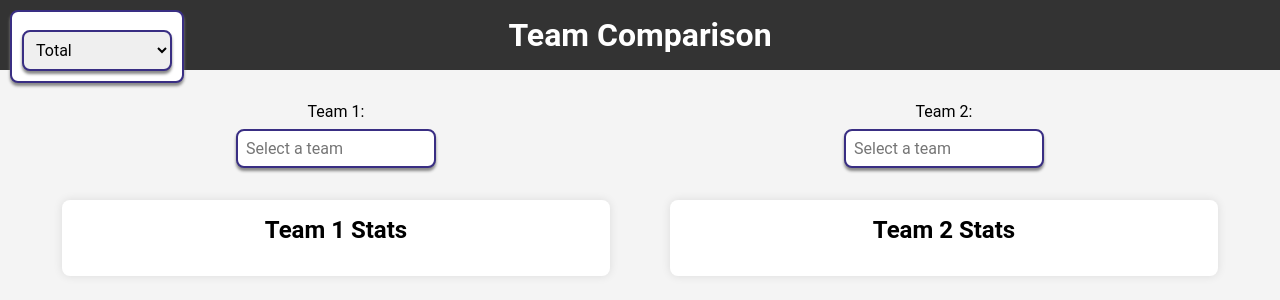
Repository: Enzo-py/dataviz-project-m1
Page: team_comparison.html
These files come from the project's save history. The page is drawn as it stood at one moment and after the next save; the edit follows.
The browser window is 1280 px wide. The pictures show the whole page.
Some web fonts or font styles are not loaded; a fallback is used.

Above is the page before, as saved 2024-12-15 17:38:58.

### team_comparison.html
<!DOCTYPE html>
<html lang="en">
<head>
    <meta charset="UTF-8">
    <meta name="viewport" content="width=device-width, initial-scale=1.0">
    <title>Team Comparison</title>
    <script type="text/javascript" src="js/d3.v7.min.js"></script>
    <script type="text/javascript" src="js/team_comparison.js"></script>

    <link rel="stylesheet" href="css/global.css">
    <link rel="stylesheet" href="css/team_comparison.css">

    <link rel="preload" href="https://fonts.googleapis.com/css2?family=Material+Symbols+Outlined:opsz,wght,FILL,GRAD@20..48,100..700,0..1,-50..200&" as="style" onload="this.onload=null;this.rel='stylesheet'">
</head>
<body>
    <!-- Place the season selector at the top left corner -->
    <div class="season">
        <label for="season"></label>
        <select id="season">
            <option value="total">Total</option>
            <option value="2021-2022">2021-2022</option>
            <option value="2022-2023">2022-2023</option>
            <option value="2023-2024">2023-2024</option>
        </select>
    </div>

    <header>
        <h1>Team Comparison</h1>
    </header>
    <main>
        <!-- Move the team-selection above the team stats -->
        <div class="team-selection">
            <div class="team">
                <label for="team1">Team 1:</label>
                <input type="text" id="team1" list="teams" placeholder="Select a team">
            </div>
            <div class="team">
                <label for="team2">Team 2:</label>
                <input type="text" id="team2" list="teams" placeholder="Select a team">
            </div>
            <datalist id="teams">
                <!-- Options will be populated dynamically -->
            </datalist>
        </div>

        <section class="comparison-results">
            <div class="team-stats" id="team1-stats">
                <h2>Team 1 Stats</h2>
                <!-- Stats will be populated dynamically -->
            </div>
            <div class="team-stats" id="team2-stats">
                <h2>Team 2 Stats</h2>
                <!-- Stats will be populated dynamically -->
            </div>
        </section>
    </main>
</body>
</html>

### js/team_comparison.js
document.addEventListener("DOMContentLoaded", function() {
    const teams = ["Team A", "Team B", "Team C", "Team D"]; // Example teams, replace with actual data

    const datalist = document.getElementById("teams");
    teams.forEach(team => {
        const option = document.createElement("option");
        option.value = team;
        datalist.appendChild(option);
    });

    document.getElementById("team1").addEventListener("change", updateStats);
    document.getElementById("team2").addEventListener("change", updateStats);
    document.getElementById("season").addEventListener("change", updateStats);

    function updateStats() {
        const team1 = document.getElementById("team1").value;
        const team2 = document.getElementById("team2").value;
        const season = document.getElementById("season").value;

        if (team1) {
            document.getElementById("team1-stats").innerHTML = `<h2>${team1} Stats (${season})</h2><p>Stats for ${team1} in ${season} will be displayed here.</p>`;
        }

        if (team2) {
            document.getElementById("team2-stats").innerHTML = `<h2>${team2} Stats (${season})</h2><p>Stats for ${team2} in ${season} will be displayed here.</p>`;
        }

        if (team1 && team2) {
            compareTeams(team1, team2, season);
        }
    }

    function compareTeams(team1, team2, season) {
        // Fetch and compare stats for team1 and team2
        const team1Stats = getTeamStats(team1, season);
        const team2Stats = getTeamStats(team2, season);

        const comparisonMetrics = [
            "wins", "losses", "draws", "goals_scored", "goals_conceded", "clean_sheets", "average_possession"
        ];

        let comparisonHtml = "<table><thead><tr><th>Metric</th><th>Team 1</th><th>Team 2</th></tr></thead><tbody>";

        comparisonMetrics.forEach(metric => {
            const team1Value = team1Stats[metric] || 0;
            const team2Value = team2Stats[metric] || 0;
            const highlightClass = team1Value > team2Value ? "highlight-team1" : team2Value > team1Value ? "highlight-team2" : "";

            comparisonHtml += `<tr class="${highlightClass}"><td>${metric}</td><td>${team1Value}</td><td>${team2Value}</td></tr>`;
        });

        comparisonHtml += "</tbody></table>";

        document.getElementById("team1-stats").innerHTML += comparisonHtml;
        document.getElementById("team2-stats").innerHTML += comparisonHtml;
    }

    function getTeamStats(team, season) {
        // Fetch team stats based on the team name and season
        // This is a placeholder function, replace with actual data fetching logic
        return {
            wins: Math.floor(Math.random() * 30),
            losses: Math.floor(Math.random() * 30),
            draws: Math.floor(Math.random() * 30),
            goals_scored: Math.floor(Math.random() * 100),
            goals_conceded: Math.floor(Math.random() * 100),
            clean_sheets: Math.floor(Math.random() * 20),
            average_possession: Math.floor(Math.random() * 100)
        };
    }
});

### css/global.css
:root {
    --secondary-color: #392e83;
    --background-color: #fff;
    --shadow-color: #878787;
    --sea-background: linear-gradient(90deg, rgb(36 55 101) 10%, #30679f 100%);
    --earth-color: #fff;

    --danger-color: #af2c35;
    --success-color: #2c9f2c;
    --toggle-background: #f0f0f0;
    --toggle-border: #ccc;
    --toggle-active: #fdfdfd;
}

body, body * {
    margin: 0;
    padding: 0;
    box-sizing: border-box;
    font-family: 'Roboto', sans-serif;
}

### css/team_comparison.css
body {
    font-family: Arial, sans-serif;
    margin: 0;
    padding: 0;
    background-color: #f4f4f4;
}

header {
    background-color: #333;
    color: #fff;
    text-align: center;
    padding: 1rem 0;
}

main {
    padding: 2rem;
}

menu.team-selection {
    display: flex;
    justify-content: space-around;
    margin-bottom: 2rem;
    background-color: var(--background-color);
    border: solid 2px var(--secondary-color);
    padding: 10px;
    border-radius: 8px;
    box-shadow: 0 3px 3px 0 var(--shadow-color);
}

.team {
    display: flex;
    flex-direction: column;
    align-items: center;
}

.team label {
    margin-bottom: 0.5rem;
}

.team input {
    padding: 0.5rem;
    font-size: 1rem;
    width: 200px;
    border: solid 2px var(--secondary-color);
    border-radius: 8px;
    box-shadow: 0 3px 3px 0 var(--shadow-color);
}

.comparison-results {
    display: flex;
    justify-content: space-around;
}

.team-stats {
    background-color: #fff;
    padding: 1rem;
    border-radius: 8px;
    box-shadow: 0 0 10px rgba(0, 0, 0, 0.1);
    width: 45%;
}

.team-stats h2 {
    text-align: center;
    margin-bottom: 1rem;
}

/* Position the season selector in the top left corner */
.season {
    position: fixed;
    top: 10px;
    left: 10px;
    background-color: var(--background-color);
    border: solid 2px var(--secondary-color);
    padding: 10px;
    border-radius: 8px;
    box-shadow: 0 3px 3px 0 var(--shadow-color);
    display: flex;
    flex-direction: column;
    align-items: center;
}

.season label {
    margin-bottom: 0.5rem;
}

.season select {
    padding: 0.5rem;
    font-size: 1rem;
    width: 150px;
    border: solid 2px var(--secondary-color);
    border-radius: 8px;
    box-shadow: 0 3px 3px 0 var(--shadow-color);
}

/* Style the team-selection div */
.team-selection {
    display: flex;
    justify-content: space-around;
    margin-bottom: 2rem;
    /* Remove background and borders if not needed */
    background-color: transparent;
    border: none;
    padding: 0;
    border-radius: 0;
    box-shadow: none;
}

/* Highlight styles for best stats */
.highlight-team1 {
    background-color: #d4edda; /* Light green */
}

.highlight-team2 {
    background-color: #f8d7da; /* Light red */
}

Loaded but not shown: js/d3.v7.min.js (library)

After the next save:
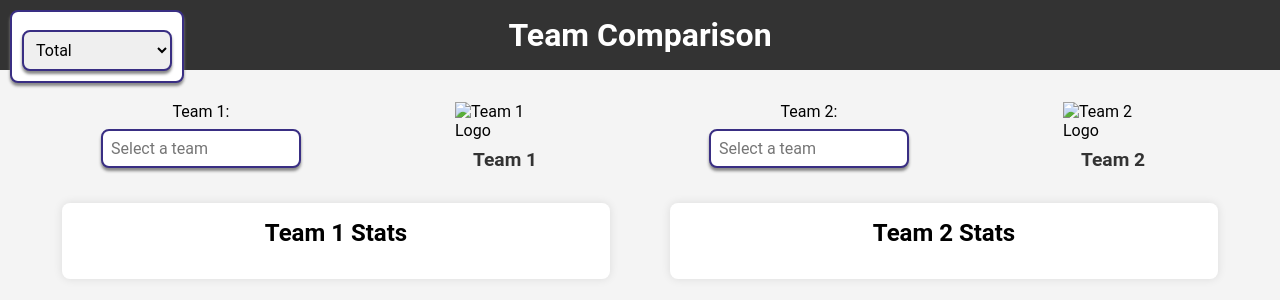
Saved 2 min 24 s later.
--- a/team_comparison.html
+++ b/team_comparison.html
@@ -34,9 +34,17 @@
                 <label for="team1">Team 1:</label>
                 <input type="text" id="team1" list="teams" placeholder="Select a team">
             </div>
+            <div class="team-logo-name">
+                <img id="team1-logo" src="" alt="Team 1 Logo">
+                <h2 id="team1-name">Team 1</h2>
+            </div>
             <div class="team">
                 <label for="team2">Team 2:</label>
                 <input type="text" id="team2" list="teams" placeholder="Select a team">
+            </div>
+            <div class="team-logo-name">
+                <img id="team2-logo" src="" alt="Team 2 Logo">
+                <h2 id="team2-name">Team 2</h2>
             </div>
             <datalist id="teams">
                 <!-- Options will be populated dynamically -->
--- a/js/team_comparison.js
+++ b/js/team_comparison.js
@@ -19,15 +19,28 @@ document.addEventListener("DOMContentLoaded", function() {
 
         if (team1) {
             document.getElementById("team1-stats").innerHTML = `<h2>${team1} Stats (${season})</h2><p>Stats for ${team1} in ${season} will be displayed here.</p>`;
+            updateTeamInfo("team1", team1);
         }
 
         if (team2) {
             document.getElementById("team2-stats").innerHTML = `<h2>${team2} Stats (${season})</h2><p>Stats for ${team2} in ${season} will be displayed here.</p>`;
+            updateTeamInfo("team2", team2);
         }
 
         if (team1 && team2) {
             compareTeams(team1, team2, season);
         }
+    }
+
+    function updateTeamInfo(teamId, teamName) {
+        const logoUrl = getTeamLogo(teamName); // Replace with actual logic to get the logo URL
+        document.getElementById(`${teamId}-logo`).src = logoUrl;
+        document.getElementById(`${teamId}-name`).textContent = teamName;
+    }
+
+    function getTeamLogo(teamName) {
+        // Replace with actual logic to get the logo URL
+        return "https://via.placeholder.com/150";
     }
 
     function compareTeams(team1, team2, season) {
--- a/css/team_comparison.css
+++ b/css/team_comparison.css
@@ -44,6 +44,25 @@ menu.team-selection {
     border: solid 2px var(--secondary-color);
     border-radius: 8px;
     box-shadow: 0 3px 3px 0 var(--shadow-color);
+}
+
+.team-logo-name {
+    display: flex;
+    flex-direction: column;
+    align-items: center;
+    margin: 0 1rem;
+}
+
+.team-logo-name img {
+    width: 100px;
+    height: auto;
+    margin-bottom: 0.5rem;
+}
+
+.team-logo-name h2 {
+    margin: 0;
+    font-size: 1.2em;
+    color: #333;
 }
 
 .comparison-results {
